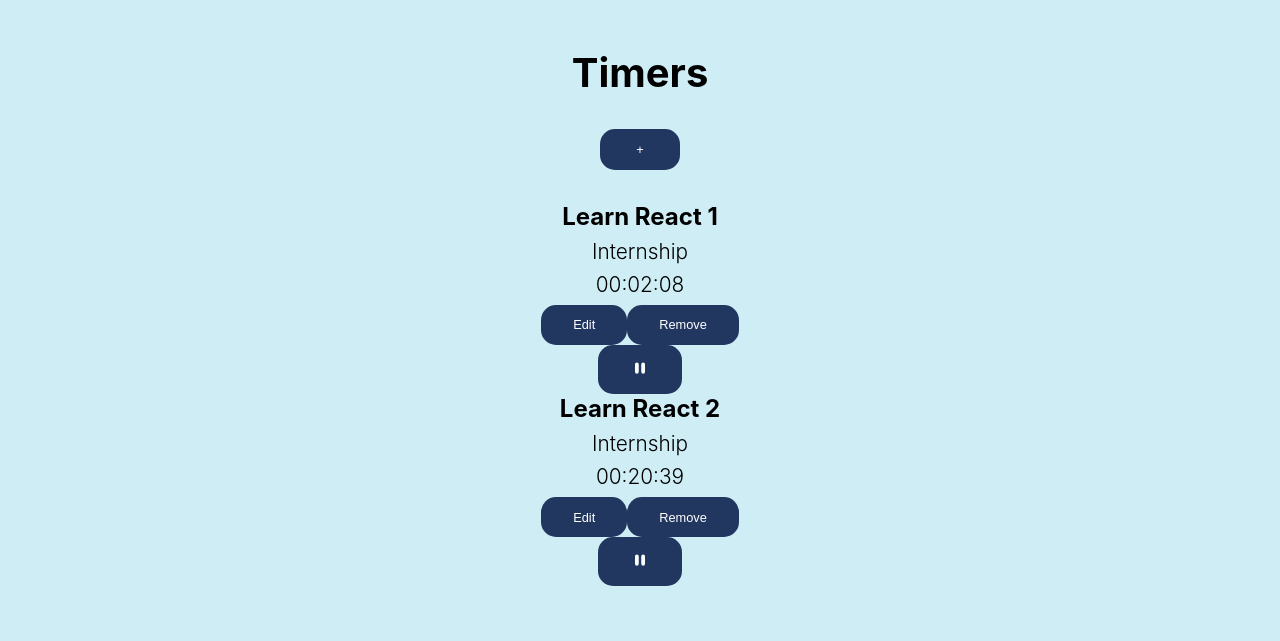
Repository: dqhuy153/react-timer
Page: /
These files come from the project's save history. The page is drawn as it stood at one moment and after the next save; the edit follows.
The browser window is 1280 px wide. The pictures show the whole page.
The project was rebuilt for these pictures with package versions that can differ from the ones it lists, and the page was loaded fresh each time. Also part of the build but not shown: src/components/TimerForm/TimerForm.module.scss, src/components/TimerForm/index.jsx, src/components/EditableTimerForm/EditableTimerForm.module.scss.

Above is the page before, as saved 2021-10-26 17:23:53.

After the next save:
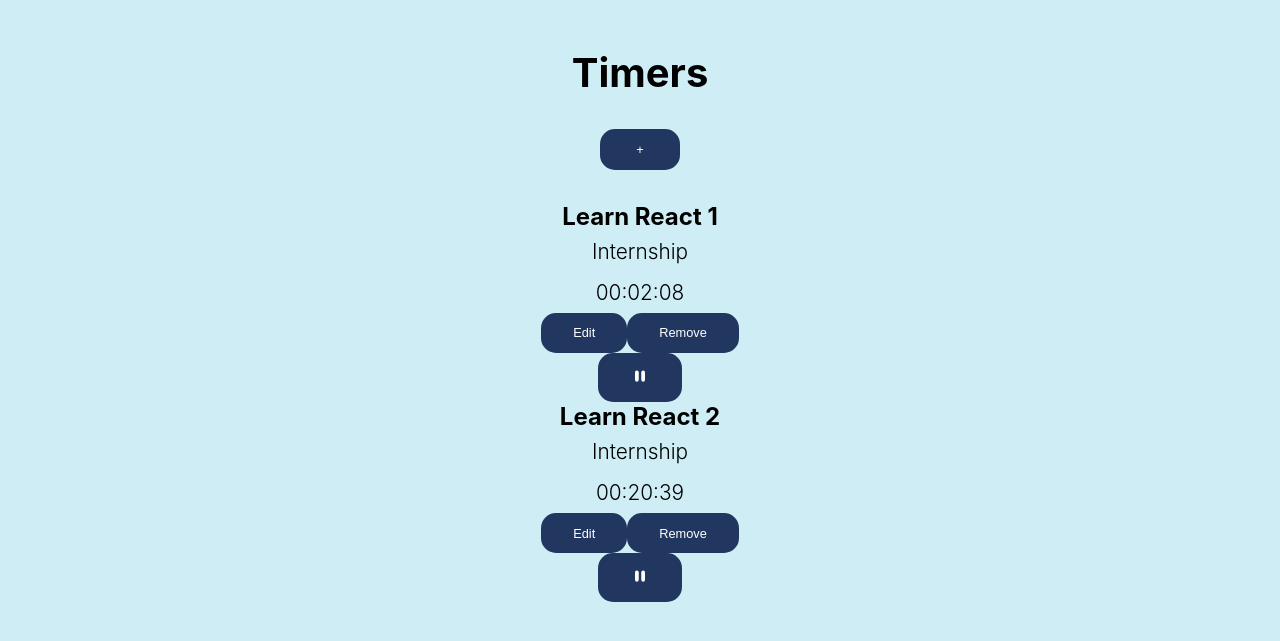
Saved 13 s later.
--- a/src/components/Timer/Timer.module.scss
+++ b/src/components/Timer/Timer.module.scss
@@ -10,4 +10,8 @@
     font-weight: 300;
     margin-bottom: 0.5rem;
   }
+
+  .timer {
+    margin-top: 1rem;
+  }
 }
